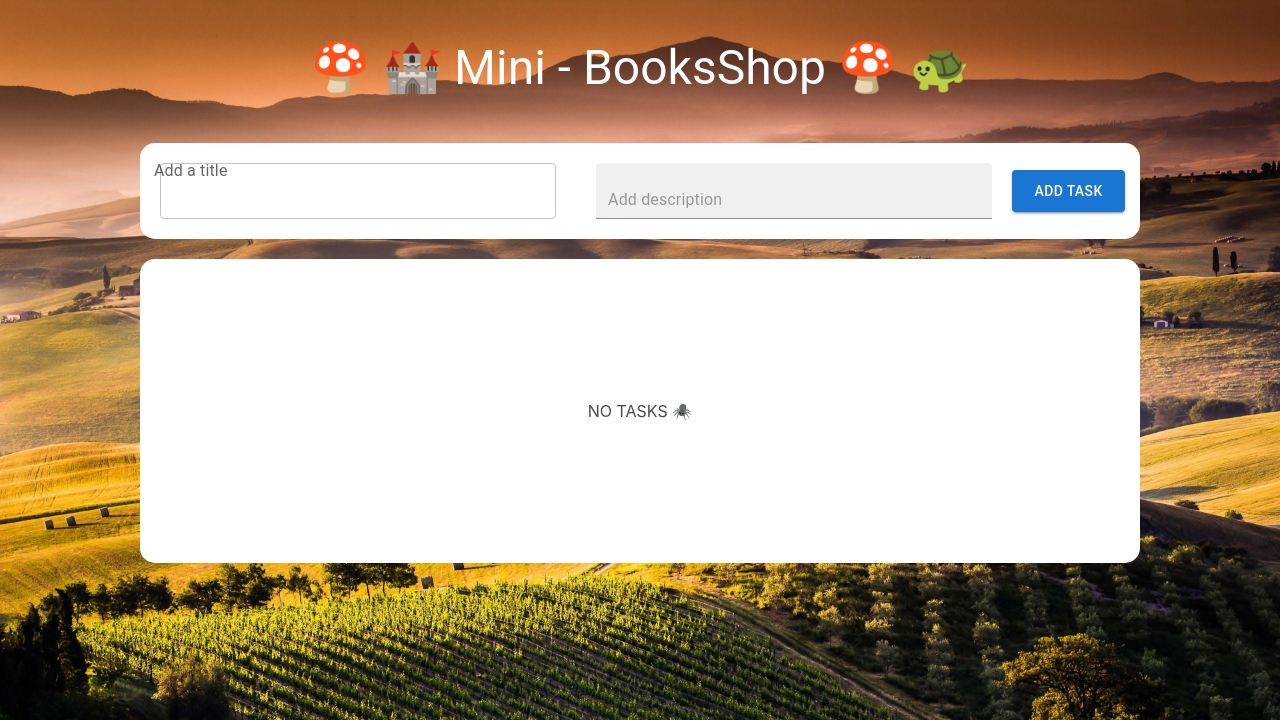
Repository: Tracy-maker/mini-bookshop
Page: /
These files come from the project's save history. The page is drawn as it stood at one moment and after the next save; the edit follows.
The browser window is 1280 px wide. The pictures show the whole page.
The project was rebuilt for these pictures with package versions that can differ from the ones it lists, and the page was loaded fresh each time. Also part of the build but not shown: src/components/TaskEdit.js, src/components/TaskShow.js.

Above is the page before, as saved 2023-09-21 13:33:46.

### src/index.js
import "./index.css";
import React from "react";
import ReactDOM from "react-dom/client";
import App from "./App";


const el = document.getElementById("root");
const root = ReactDOM.createRoot(el);

root.render(
  <React.StrictMode>
    <App />
  </React.StrictMode>
);

### src/App.js
import { useState, useEffect } from "react";
import CreateTask from "./components/CreateTask";
import TaskList from "./components/TaskList";
import { Box, Stack } from "@mui/material";
import styled from "styled-components";
import Typography from "@mui/material/Typography";
import Image1 from "./image/7.jpg";

const StyledContainer = styled(Stack)`
  height: 100vh;
  width: 100%;
  display: flex;
  align-items: stretch;
  padding-top: 30px;
  background-image: url(${Image1});
  background-size: cover;
  background-repeat: no-repeat;
  gap: 20px;
`;

const TaskForm = styled(Box)`
  margin-left: auto;
  margin-right: auto;
  width: 1000px;
  background-color: white;
  border-radius: 15px;

  @media (max-width: 768px) {
    width: 100%;
  }
`;
const Title = styled(Typography)`
  color: white;
  margin: auto;
  width: 100%;
  padding: 10px;
  text-align: center;
`;

function App() {
  const [tasks, setTasks] = useState(() => {
    const localValue = localStorage.getItem("tasks");
    if (localValue == null) return [];
    return JSON.parse(localValue);
  });

  useEffect(() => {
    localStorage.setItem("tasks", JSON.stringify(tasks));
  }, [tasks]);

  const createTask = (title, description) => {
    const newTask = {
      id: crypto.randomUUID(),
      title: title,
      description: description,
      status: "inProgress",
    };

    const existingTasks = JSON.parse(localStorage.getItem("tasks")) || [];
    existingTasks.push(newTask);
    localStorage.setItem("tasks", JSON.stringify(existingTasks));
    setTasks(existingTasks);
  };

  const deleteTasksById = (id) => {
    const existingTasks = JSON.parse(localStorage.getItem("tasks")) || [];
    const updatedTasks = existingTasks.filter((task) => {
      return task.id !== id;
    });
    localStorage.setItem("tasks", JSON.stringify(updatedTasks));
    setTasks(updatedTasks);
  };

  const editTaskById = (id, newTitle, newDescription) => {
    const existingTasks = JSON.parse(localStorage.getItem("tasks")) || [];
    const taskToEdit = existingTasks.findIndex((task) => task.id === id);

    if (taskToEdit) {
      const updatedTask = {
        ...taskToEdit,
        title: newTitle,
        description: newDescription,
      };

      const updatedTasks = existingTasks.map((task) =>
        task.id === id ? updatedTask : task
      );
      localStorage.setItem("tasks", JSON.stringify(updatedTasks));
      setTasks(updatedTasks);
    }
  };

  return (
    <StyledContainer>
      <Title variant="h3" gutterBottom>
        🍄 🏰 Mini - BooksShop 🍄 🐢
      </Title>
      <TaskForm>
        <CreateTask onCreate={createTask} />
      </TaskForm>
      <TaskForm>
        <TaskList
          tasks={tasks}
          onDelete={deleteTasksById}
          onEdit={editTaskById}
        />
      </TaskForm>
    </StyledContainer>
  );
}
export default App;

### src/components/CreateTask.js
import * as React from "react";
import Stack from "@mui/material/Stack";
import TextField from "@mui/material/TextField";
import Button from "@mui/material/Button";
import { useState } from "react";
import { styled } from "@mui/material";

const Input = styled(TextField)`
  padding:2%;
  width: 80%;
`;

const AddButton = styled(Button)`
  margin: auto;
  width: 20%;
  padding: 9px;
  text-align: center;
  margin-right: 15px;
`;

function CreateTask(props) {
  const [title, setTitle] = useState("");
  const [description, setDescription] = useState("");

  const handleChange = (event) => {
    const { name, value } = event.target;
    if (name === "title") {
      setTitle(value);
    } else if (name === "description") {
      setDescription(value);
    }
  };

  const handleSubmit = (event) => {
    event.preventDefault();
    if (title.trim() !== "" || description.trim() !== "") {
      props.onCreate( title, description );
      setTitle("");
      setDescription("");
    }
  };

  return (
    <Stack onSubmit={handleSubmit} component="form" direction="row">
      <Input
      id="outlined-basic"
        name="title"
        value={title}
        onChange={handleChange}
        label="Add a title"
        variant="outlined"
      />
      <Input
        name="description"
        value={description}
        onChange={handleChange}
        placeholder="Add description"
        variant="filled"
      />
      <AddButton type="submit" variant="contained">
        Add Task
      </AddButton>
    </Stack>
  );
}

export default CreateTask;

### src/components/TaskList.js
import React from "react";
import TaskShow from "./TaskShow";
import { Box } from "@mui/material";
import styled from "styled-components";

const Reminder = styled(Box)`
  text-align: center;
  padding: ${(props) => (props.noTasks ? "14%" : "0")};
`;

function TaskList(props) {
  const renderedTasksList = props.tasks.map((task) => {
    return (
      <TaskShow
        key={task.id}
        task={task}
        onDelete={props.onDelete}
        onEdit={props.onEdit}
        toggleCheckedBoxById={props.toggleCheckedBoxById}
      />
    );
  });

  return (
    <>
      <Reminder noTasks={props.tasks.length === 0}>
        {props.tasks.length === 0 && "NO TASKS 🕷️"}
      </Reminder>
      {renderedTasksList}
    </>
  );
}

export default TaskList;

Loaded but not shown: public/index.html (common file); src/index.css (library)

After the next save:
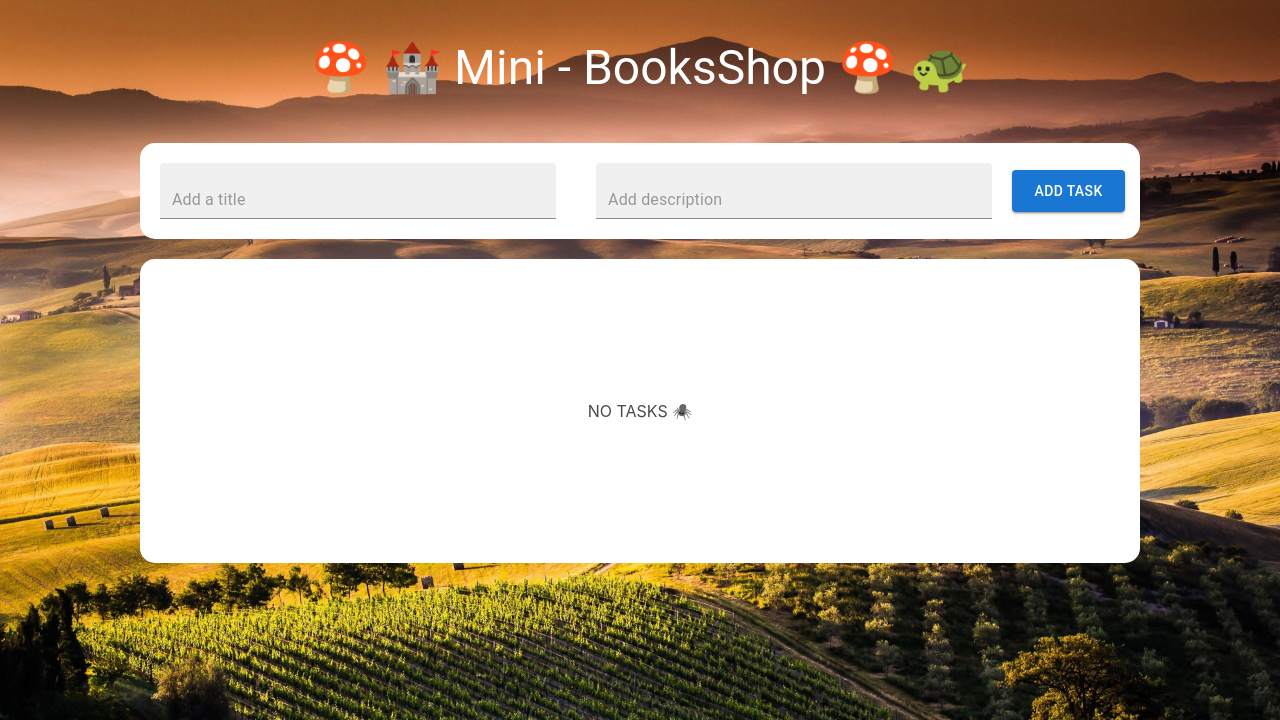
Saved 2 h 40 min later.
--- a/src/components/CreateTask.js
+++ b/src/components/CreateTask.js
@@ -43,12 +43,11 @@ function CreateTask(props) {
   return (
     <Stack onSubmit={handleSubmit} component="form" direction="row">
       <Input
-      id="outlined-basic"
         name="title"
         value={title}
         onChange={handleChange}
-        label="Add a title"
-        variant="outlined"
+        placeholder="Add a title"
+        variant="filled"
       />
       <Input
         name="description"
